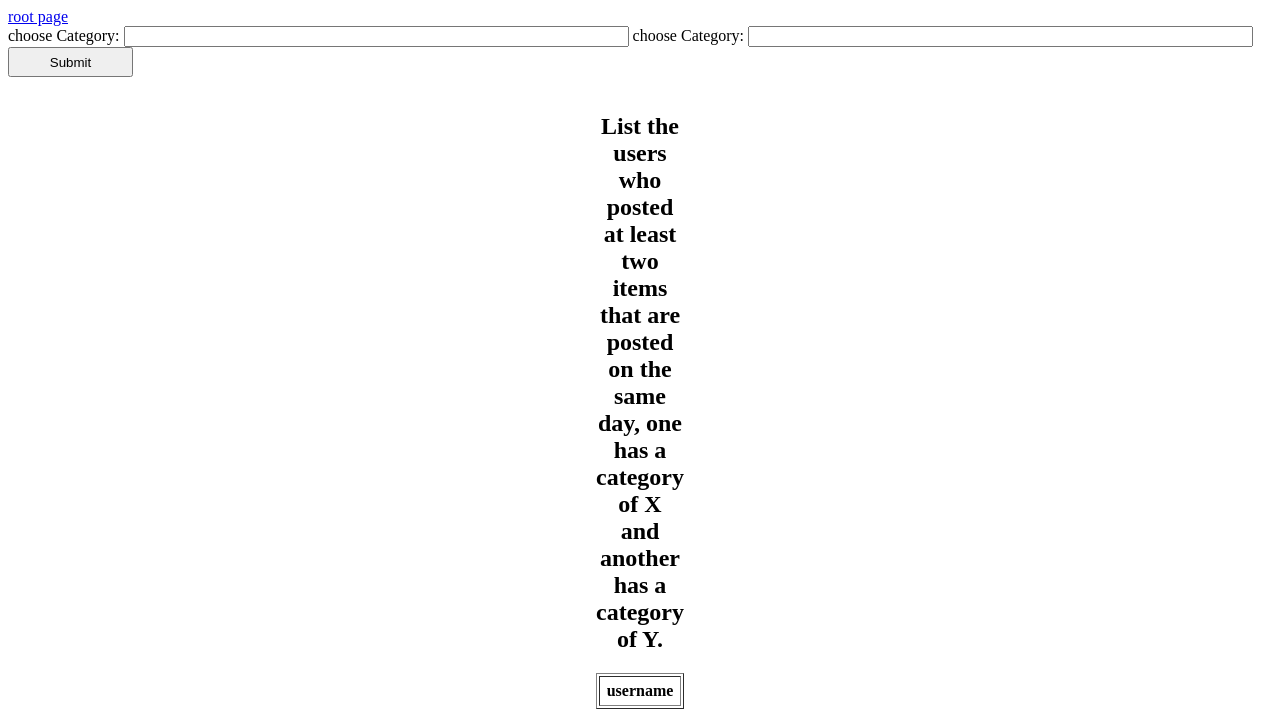
Repository: HamdanM/DatabaseProject
Page: http://localhost/DB3/Displaynum2.jsp
An editor plug-in stored every save of this project. The page is shown before and after the next save, followed by the edit.
The browser window is 1280 px wide. The pictures show the whole page.
The page is served by Tomcat 9. Nobody is signed in. The application's start-up code is not run. The template is opened directly, without the code that normally fills it, so the values that code supplies are empty.

Above is the page before, as saved 2019-07-27 23:23:59.

After the next save:
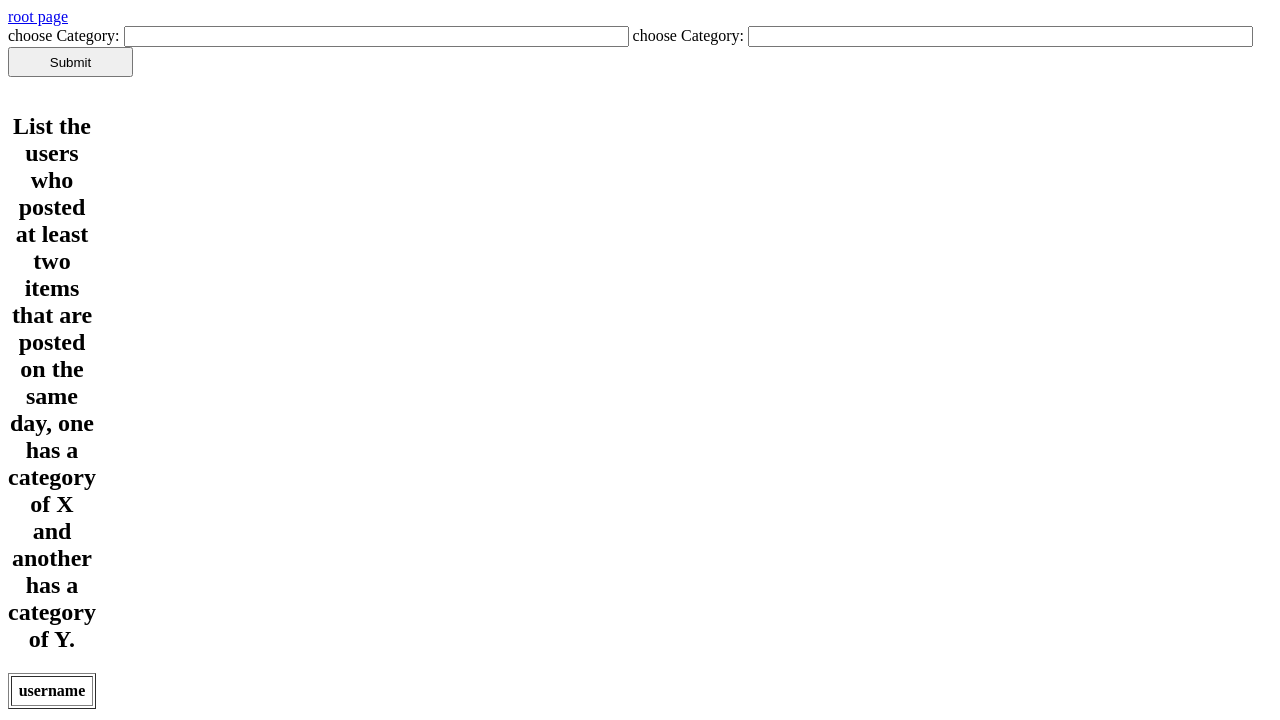
Saved 23 s later.
--- a/DB3/WebContent/Displaynum2.jsp
+++ b/DB3/WebContent/Displaynum2.jsp
@@ -24,7 +24,7 @@
             </label></p>
  </form>
 
-  <div align="center">
+  <div >
         <table border="1" cellpadding="5">
             <caption><h2>List the users who posted at least two items that are posted on the same day, one has a category of X and another has a category of Y. </h2></caption>
             <tr>
